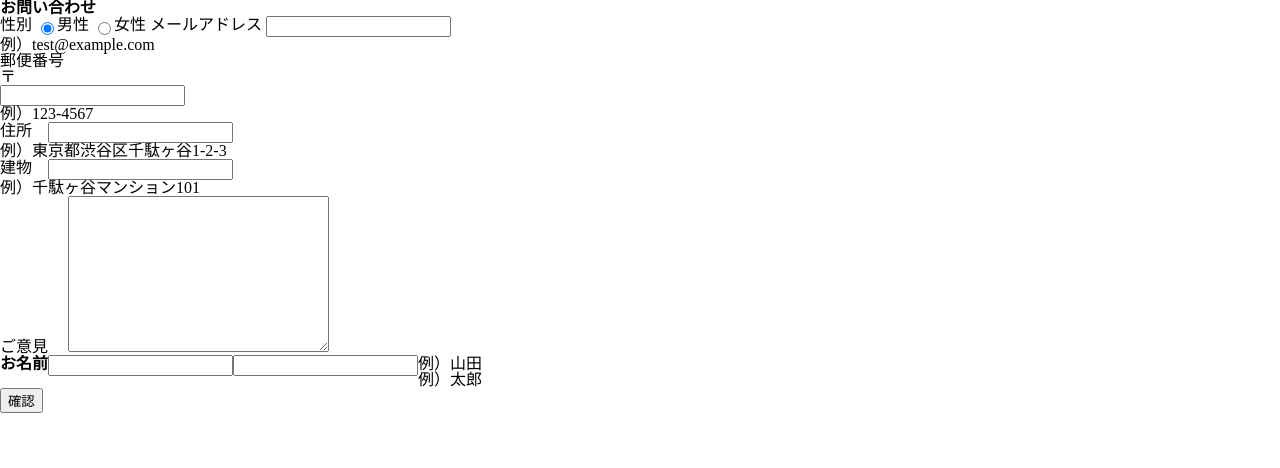
Repository: 1000sky/20220728majima
Page: http://localhost/
These files come from the project's save history. The page is drawn as it stood at one moment and after the next save; the edit follows.
The browser window is 1280 px wide. The pictures show the whole page.
The page is served by the project's Laravel application, run on PHP 8.4 with Laravel 8.

Above is the page before, as saved 2022-07-27 23:43:33.

After the next save:
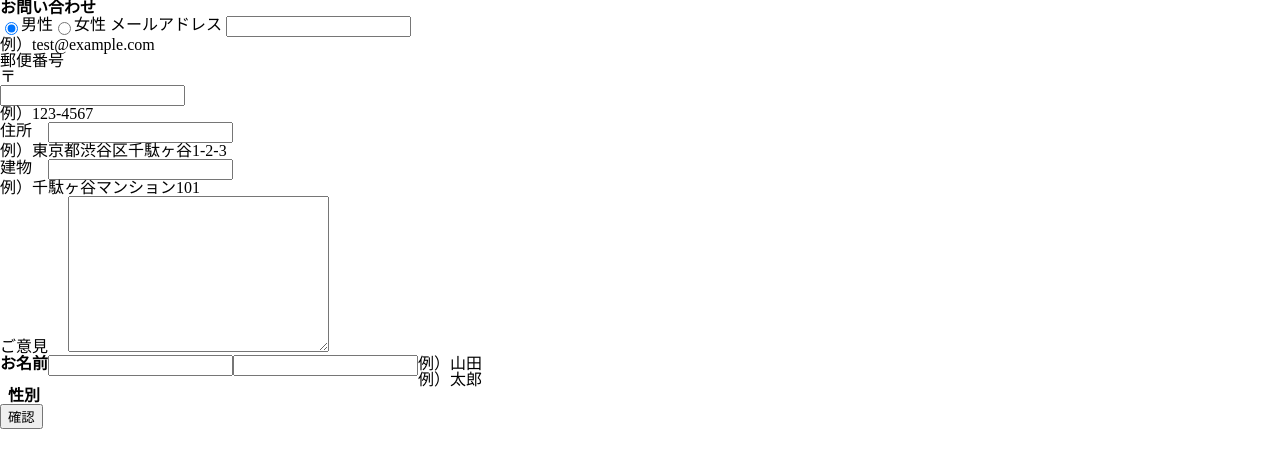
Saved 2 min 14 s later.
--- a/advance-test/resources/views/contact.blade.php
+++ b/advance-test/resources/views/contact.blade.php
@@ -40,11 +40,10 @@
         @endif
 
         <tr>
-        <label>
-            性別
+        <th><label>性別 </label> </th>
                 <input type="radio" name="gender" checked="checked"><label for="">男性</label>
                 <input type="radio" name="gender"><label for="">女性</label>
-        </label>
+
         </tr>
         @if ($errors->has('gender'))
         <tr>
